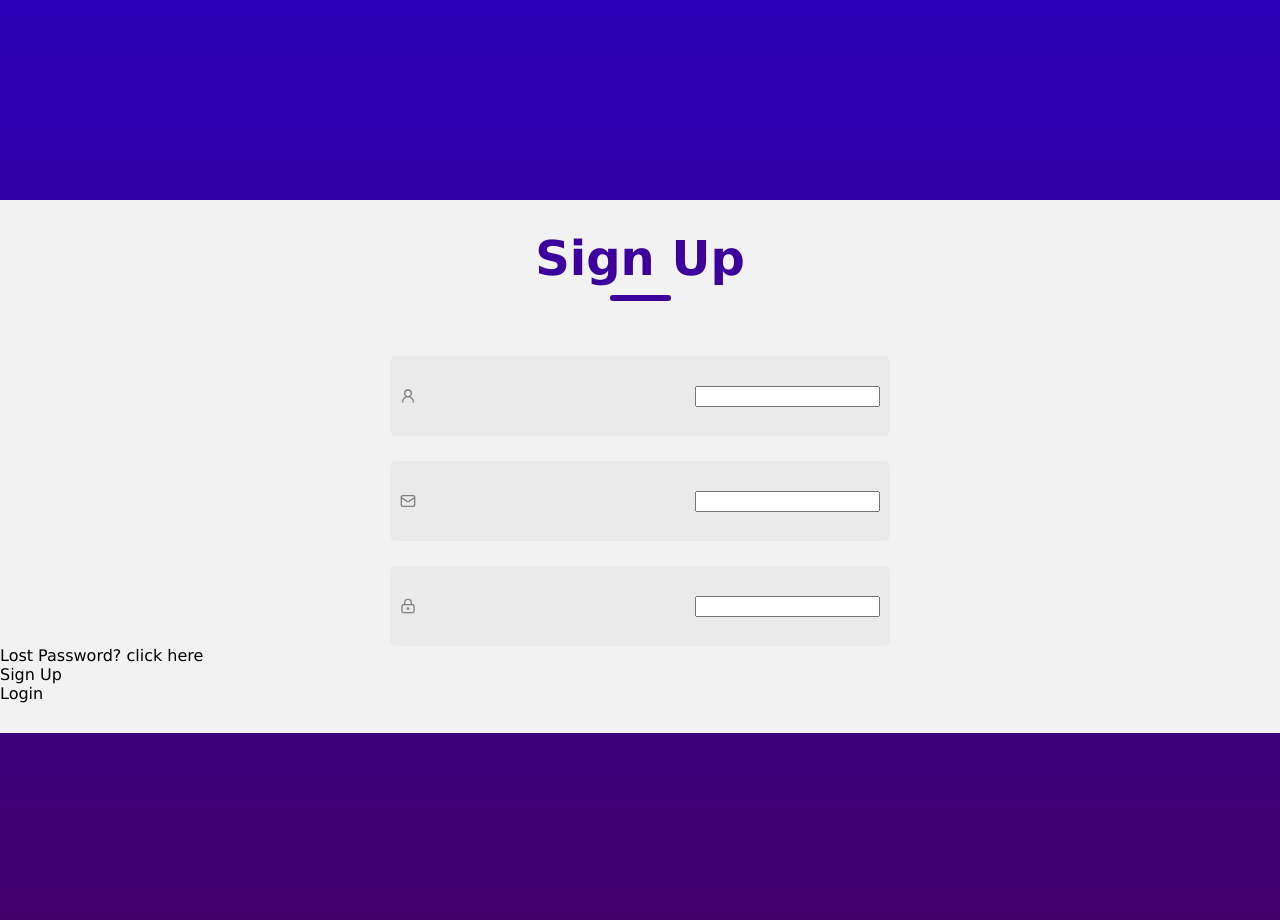
Repository: guilhermecardoso93/login-page
Page: /
The author's editor kept a copy of each file at every save. The page is drawn from the files as they stood at one save, then again after the next save.
The browser window is 1280 px wide. The pictures show the whole page.
The project was rebuilt for these pictures with package versions that can differ from the ones it lists, and the page was loaded fresh each time. Also part of the build but not shown: vite.config.js.

Above is the page before, as saved 2024-10-22 19:25:26.

After the next save:
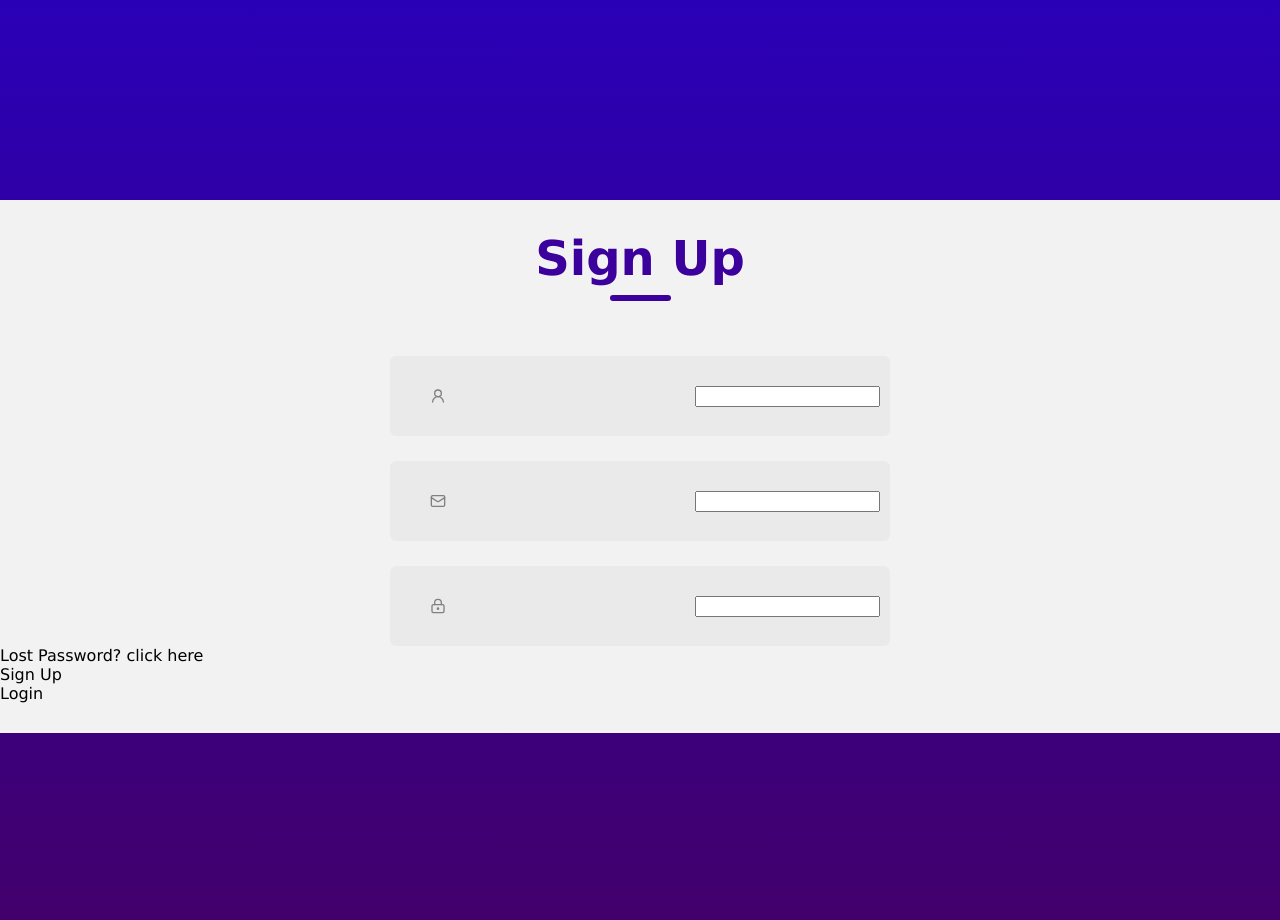
Saved 33 s later.
--- a/src/components/Login/Login.css
+++ b/src/components/Login/Login.css
@@ -47,3 +47,7 @@ header span {
   background-color: #eaeaea;
   border-radius: 6px;
 }
+
+.input .icon {
+  margin: 0px 30px;
+}
